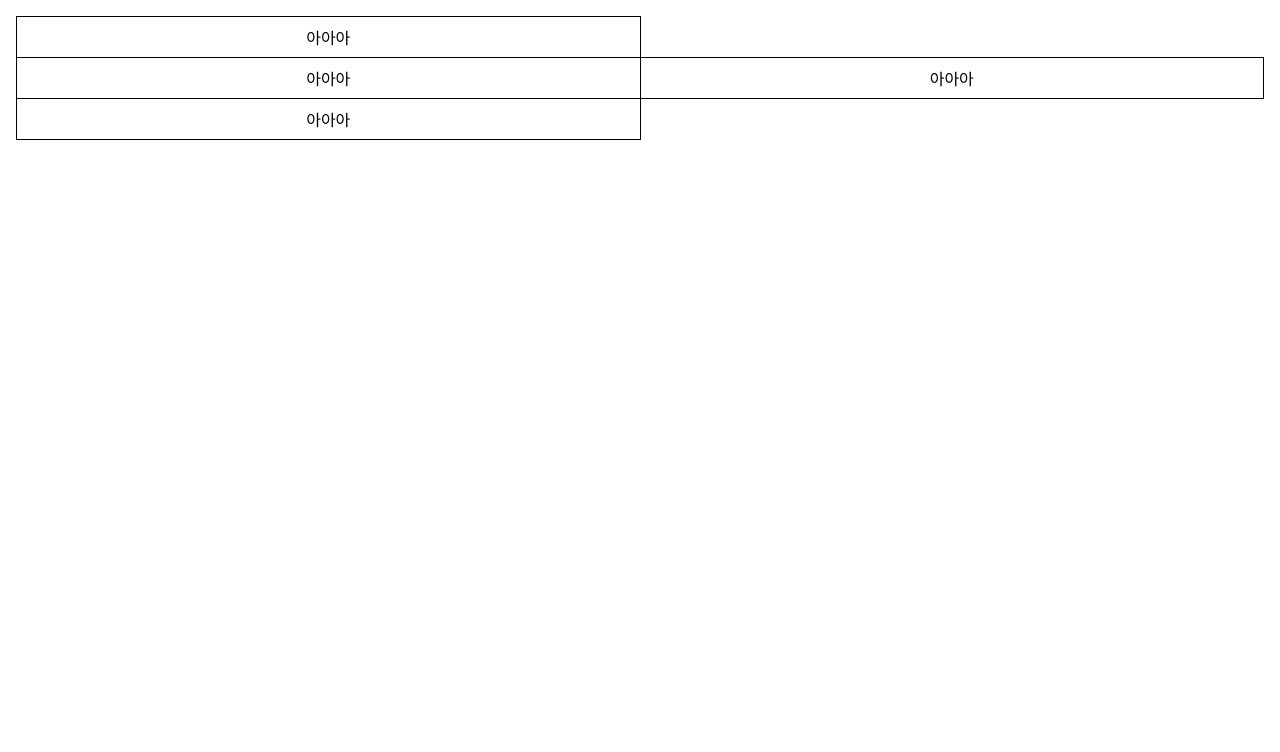
Repository: dlrjsgh367/SW-L5-20V1
Page: http://localhost/SW-L5-20V1/register.jsp
An editor plug-in stored every save of this project. The page is shown before and after the next save, followed by the edit.
The browser window is 1280 px wide. The pictures show the whole page.
The page is served by Tomcat 9.

Above is the page before, as saved 2025-01-12 10:11:09.

After the next save:
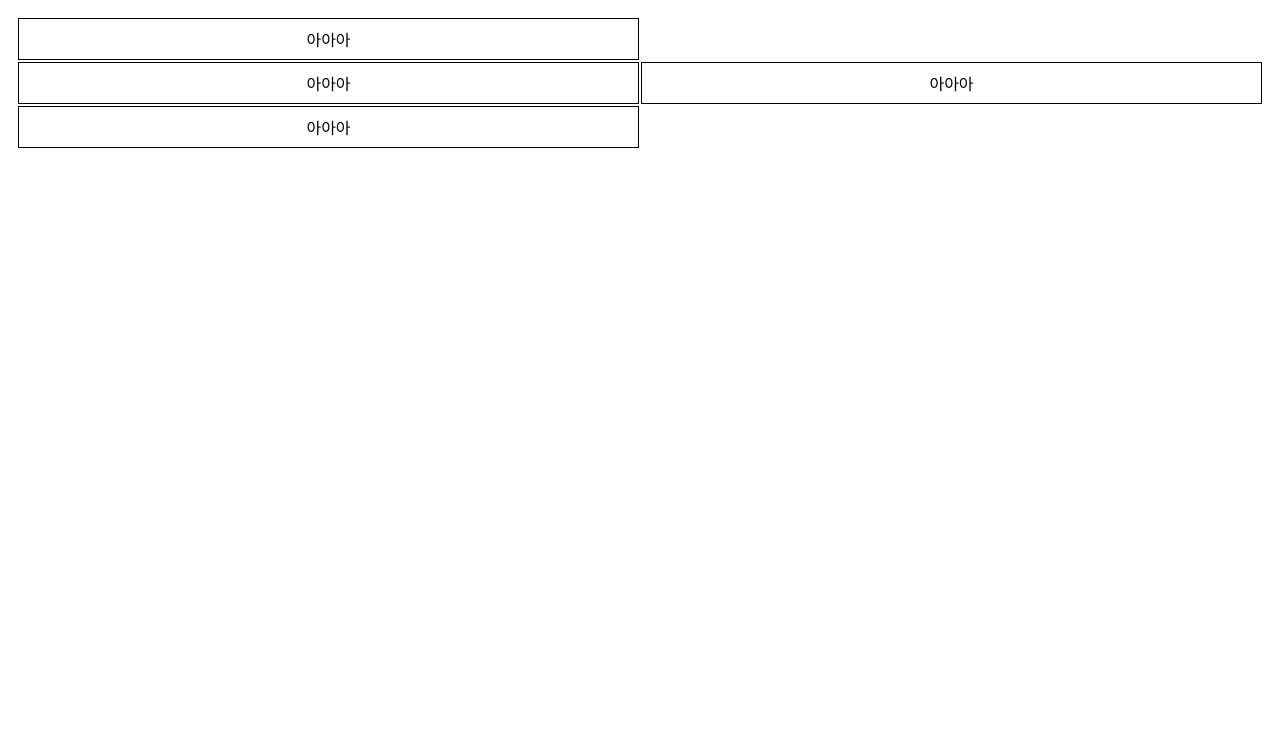
Saved 61 s later.
--- a/SW-L5-20V1/WebContent/style_for_task3.css
+++ b/SW-L5-20V1/WebContent/style_for_task3.css
@@ -10,7 +10,7 @@
 
 table {
   width: 100%; /* 테이블 너비를 화면 크기에 맞춤 */
-  border-collapse: collapse; /* 테두리 중복 제거 */
+  // border-collapse: collapse; /* 테두리 중복 제거 */
 }
 
 td {

After the 4 saves that followed:
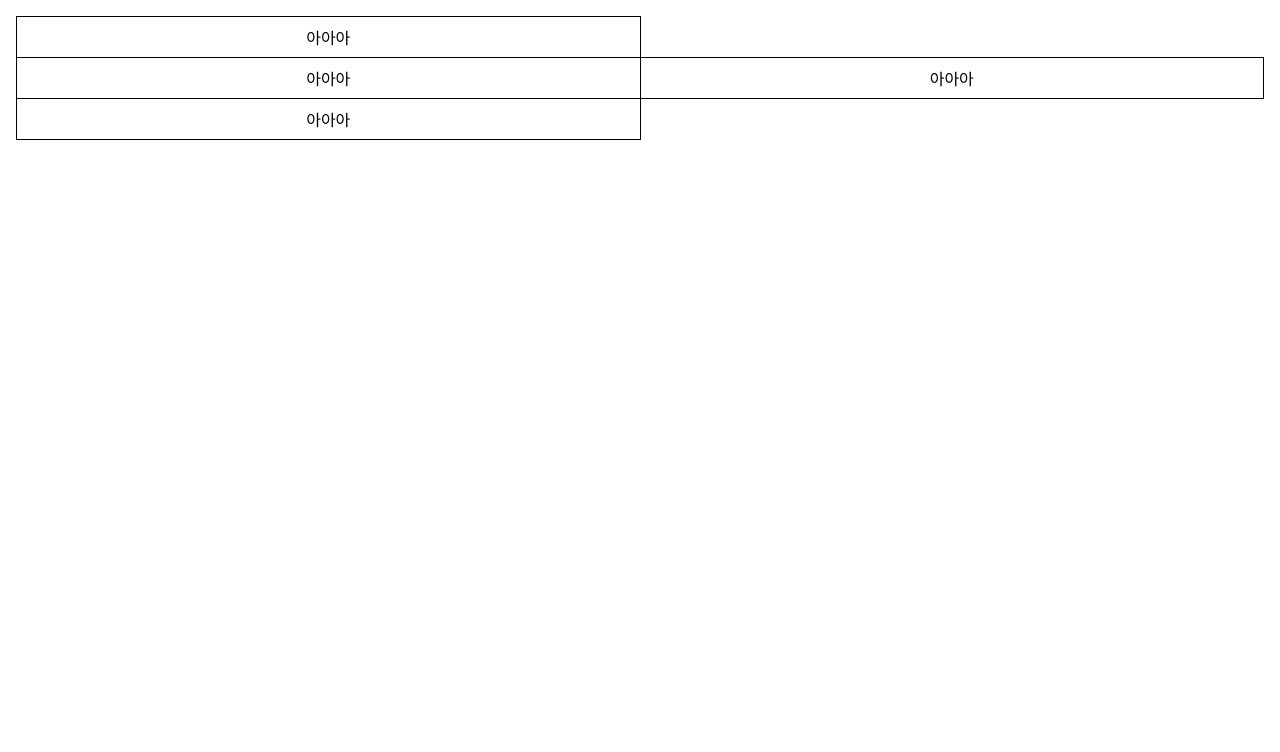
The 4 saves are shown as one change because 2 left the picture as it was and some came seconds apart.
The last was saved 25 s later.
--- a/SW-L5-20V1/WebContent/style_for_task3.css
+++ b/SW-L5-20V1/WebContent/style_for_task3.css
@@ -10,7 +10,7 @@
 
 table {
   width: 100%; /* 테이블 너비를 화면 크기에 맞춤 */
-  // border-collapse: collapse; /* 테두리 중복 제거 */
+  border-collapse: collapse; /* 테두리 중복 제거 */
 }
 
 td {
